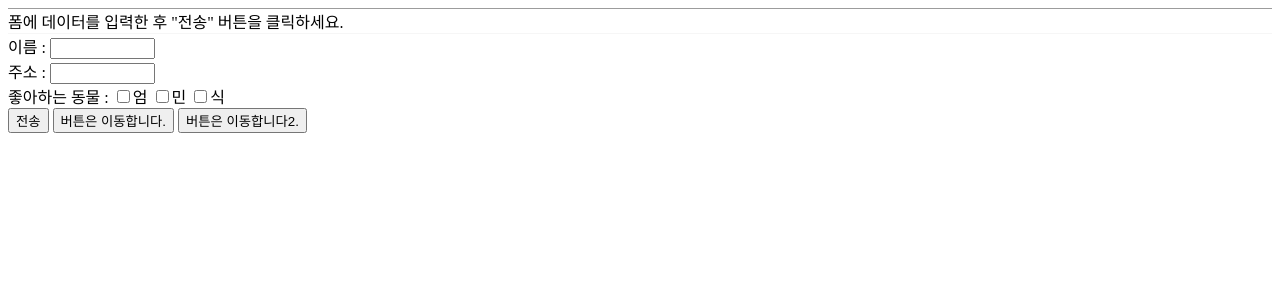
Repository: eParkjongtaek/lovedisket
Page: http://localhost/KH18_1/0905/12makeTestForm.jsp
These files come from the project's save history. The page is drawn as it stood at one moment and after the next save; the edit follows.
The browser window is 1280 px wide. The pictures show the whole page.
The page is served by Tomcat 9.

Above is the page before, as saved 2017-09-05 06:09:17.

After the next save:
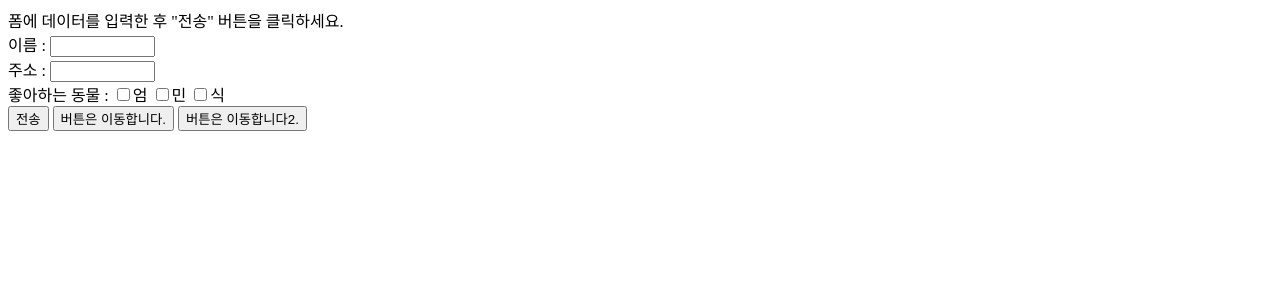
Saved 51 s later.
--- a/source/KH18_1/WebContent/0905/12makeTestForm.jsp
+++ b/source/KH18_1/WebContent/0905/12makeTestForm.jsp
@@ -3,7 +3,7 @@
 	<head>
 		<title>폼 생성</title>
 		<style>
-			#test1 { border-top:1px solid #9C9C9C; border-bottom:1px solid #F6F6F6; }
+			.test1 { border-top:1px solid #9C9C9C; border-bottom:1px solid #F6F6F6; }
 		</style>
 		<script src="https://ajax.googleapis.com/ajax/libs/jquery/1.12.4/jquery.min.js"></script>
 		<script type="text/javascript">

After the save that followed:
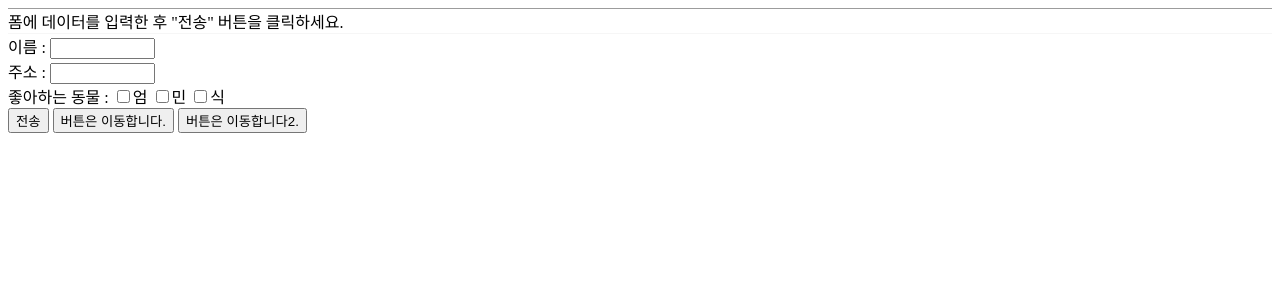
Saved 4 s later.
--- a/source/KH18_1/WebContent/0905/12makeTestForm.jsp
+++ b/source/KH18_1/WebContent/0905/12makeTestForm.jsp
@@ -23,7 +23,7 @@
 		</script>
 	</head>
 	<body>
-		<div id="test1">폼에 데이터를 입력한 후 "전송" 버튼을 클릭하세요.</div>
+		<div class="test1">폼에 데이터를 입력한 후 "전송" 버튼을 클릭하세요.</div>
 		<form id="form1" action="./13viewParameter.jsp" method="post">
 			이름 : <input type="text" name="name" size="10"><br/>
 			주소 : <input type="text" name="address" size="10"><br/>
